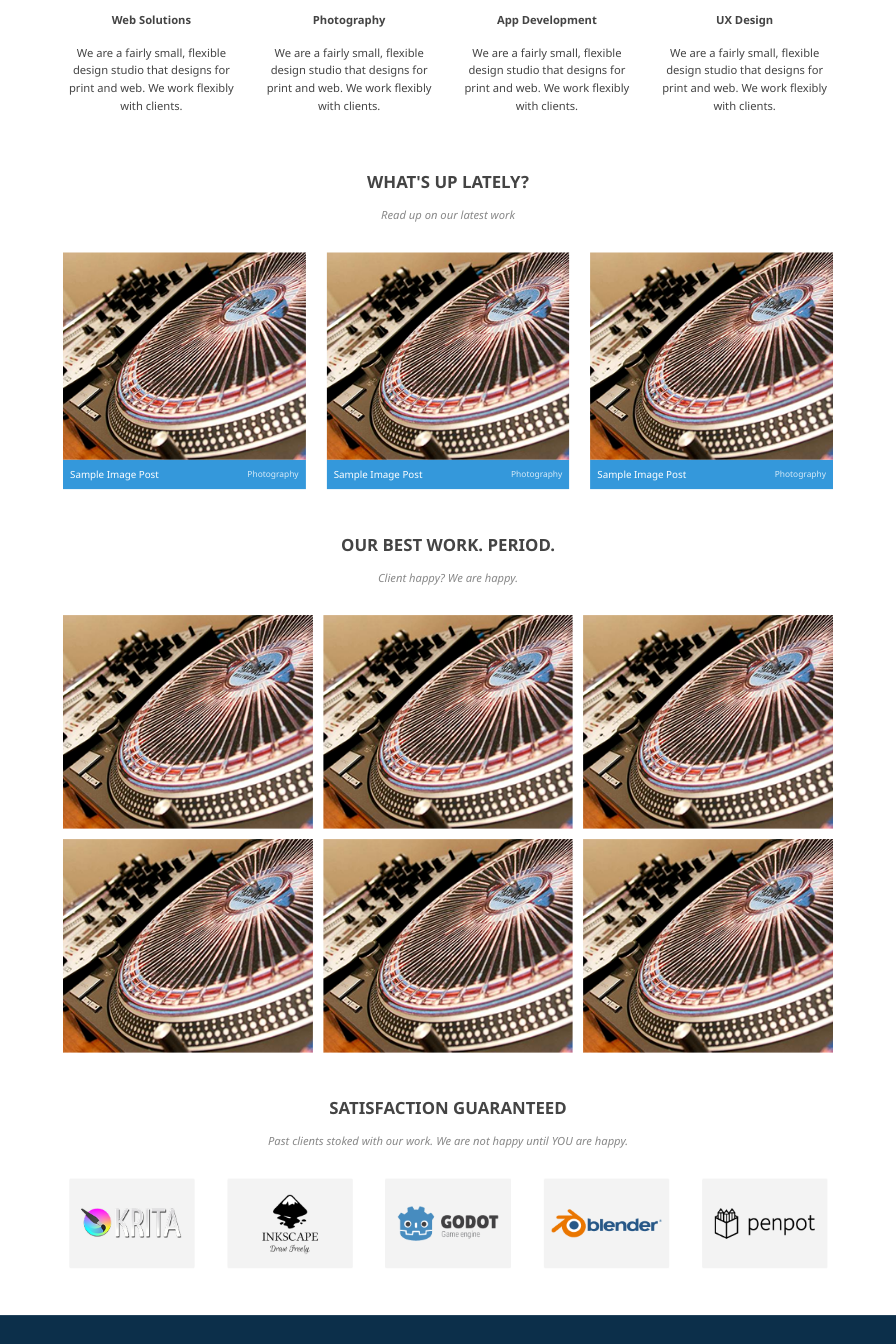
Repository: DavidYoo5/Project-1-Lab-2B-Assignment
Page: Project-1-Lab-2B-Assignment/index.html
An editor plug-in stored every save of this project. The page is shown before and after the next save, followed by the edit.
The browser window is 1280 px wide. The pictures show the part of the page from y = 1214 to 3134 px (the page is 3872 px tall before and 3876 px after), at 70% of full size.

Above is the page before, as saved 2026-01-28 16:38:26.

### Project-1-Lab-2B-Assignment/index.html
<!doctype html>
<html lang="en">
  <head>
    <meta charset="utf-8" />
    <meta name="viewport" content="width=device-width, initial-scale=1" />
    <title>Metrolics</title>
    <!-- <link rel="stylesheet" href="css/style.css"> -->
    <meta name="description" content="website for lab 2" />
    <link rel="stylesheet" href="style.css" />

    <!-- <meta property="og:title" content="">
  <meta property="og:type" content="">
  <meta property="og:url" content="">
  <meta property="og:image" content="">
  <meta property="og:image:alt" content="">

  <link rel="icon" href="/favicon.ico" sizes="any">
  <link rel="icon" href="/icon.svg" type="image/svg+xml">
  <link rel="apple-touch-icon" href="icon.png">
   <script src="js/app.js"></script>


  <link rel="manifest" href="site.webmanifest"> -->
    <meta name="theme-color" content="#fafafa" />
  </head>

  <body>
    <header class="site-header">
      <div class="header-container">
        <div class="logoAndHeading">
          <h1>Metrolics</h1>
          <div class="logo-vectors">
            <svg
              id="Layer_2"
              data-name="Layer 2"
              xmlns="http://www.w3.org/2000/svg"
              viewBox="0 0 111.31 111.31"
            >
              <defs>
                <style>
                  .cls-1 {
                    fill: #1691bd;
                  }

                  .cls-1,
                  .cls-2,
                  .cls-3,
                  .cls-4 {
                    fill-rule: evenodd;
                  }

                  .cls-2 {
                    fill: #25c389;
                  }

                  .cls-3 {
                    fill: #de6262;
                  }

                  .cls-4 {
                    fill: #ffb901;
                  }
                </style>
              </defs>
              <g id="Layer_1-2" data-name="Layer 1">
                <path class="cls-4" d="M74.21,0h37.1v37.1h-37.1V0Z" />
                <path class="cls-2" d="M0,0h37.1v37.1H0V0Z" />
                <path class="cls-1" d="M37.1,37.1h37.1v37.1h-37.1v-37.1Z" />
                <path class="cls-4" d="M0,74.21h37.1v37.1H0v-37.1Z" />
                <path class="cls-3" d="M74.21,74.21h37.1v37.1h-37.1v-37.1Z" />
              </g>
            </svg>
          </div>
        </div>
        <div class="main-nav-container">
          <nav class="main-nav">
            <a href="#" class="nav-home">Home ></a>
            <a href="#" class="nav-portfolio">Portfolio ></a>
            <a href="#" class="nav-blog">Blog ></a>
            <a href="#" class="nav-quo">Quo Vadis? ></a>
            <a href="#" class="nav-chat">Let's Chat ></a>
          </nav>
        </div>
      </div>
    </header>

    <section class="hero">
      <div class="hero-content">
        <h1 class="hero-title">Metro Style</h1>
        <h2 class="hero-subtitle">Quick on the feet</h2>
        <h3 class="hero-tagline">Metro Styling reinvented</h3>
      </div>
      <img
        src="img/00c1b9f08d738d1023baf2062988c56225701209.png"
        alt="Hero Image"
        class="hero-img"
      />
    </section>

    <section class="intro">
      <h2>Hi folks! We are the <span>Metrolics</span> design studio.</h2>
      <p>With our help, the sky's the limit to express your creativity!</p>
    </section>

    <section class="services">
      <div class="section-heading pink-border">
        <h3>Things That We Do</h3>
        <p>Full service design solutions</p>
      </div>
      <div class="services-grid">
        <div class="service-item">
          <div class="icon-box yellow">
            <svg
              width="35"
              height="50"
              viewBox="0 0 35 50"
              fill="none"
              xmlns="http://www.w3.org/2000/svg"
            >
              <path
                d="M10 47.5C10 48.875 11.125 50 12.5 50H22.5C23.875 50 25 48.875 25 47.5V45H10V47.5ZM17.5 0C7.85 0 0 7.85 0 17.5C0 23.45 2.975 28.675 7.5 31.85V37.5C7.5 38.875 8.625 40 10 40H25C26.375 40 27.5 38.875 27.5 37.5V31.85C32.025 28.675 35 23.45 35 17.5C35 7.85 27.15 0 17.5 0ZM24.625 27.75L22.5 29.25V35H12.5V29.25L10.375 27.75C7 25.4 5 21.575 5 17.5C5 10.6 10.6 5 17.5 5C24.4 5 30 10.6 30 17.5C30 21.575 28 25.4 24.625 27.75Z"
                fill="#FFB901"
              />
            </svg>
          </div>
          <h4>Web Solutions</h4>
          <p>
            We are a fairly small, flexible design studio that designs for print
            and web. We work flexibly with clients.
          </p>
        </div>
        <div class="service-item">
          <div class="icon-box green">
            <svg
              width="45"
              height="41"
              viewBox="0 0 45 41"
              fill="none"
              xmlns="http://www.w3.org/2000/svg"
            >
              <path
                d="M40.5 4.5H33.3675L29.25 0H15.75L11.6325 4.5H4.5C2.025 4.5 0 6.525 0 9V36C0 38.475 2.025 40.5 4.5 40.5H40.5C42.975 40.5 45 38.475 45 36V9C45 6.525 42.975 4.5 40.5 4.5ZM40.5 36H4.5V9H13.6125L17.73 4.5H27.27L31.3875 9H40.5V36ZM22.5 11.25C16.29 11.25 11.25 16.29 11.25 22.5C11.25 28.71 16.29 33.75 22.5 33.75C28.71 33.75 33.75 28.71 33.75 22.5C33.75 16.29 28.71 11.25 22.5 11.25ZM22.5 29.25C18.7875 29.25 15.75 26.2125 15.75 22.5C15.75 18.7875 18.7875 15.75 22.5 15.75C26.2125 15.75 29.25 18.7875 29.25 22.5C29.25 26.2125 26.2125 29.25 22.5 29.25Z"
                fill="#25C389"
              />
            </svg>
          </div>
          <h4>Photography</h4>
          <p>
            We are a fairly small, flexible design studio that designs for print
            and web. We work flexibly with clients.
          </p>
        </div>

        <div class="service-item">
          <div class="icon-box red">
            <svg
              width="36"
              height="48"
              viewBox="0 0 36 48"
              fill="none"
              xmlns="http://www.w3.org/2000/svg"
            >
              <path
                d="M31.9275 25.74L24.6375 22.095C27.54 19.845 29.4075 16.335 29.4075 12.375C29.4075 5.5575 23.85 0 17.0325 0C10.215 0 4.6575 5.5575 4.6575 12.375C4.6575 17.1675 7.4025 21.33 11.4075 23.3775V30.7125C6.57 29.6775 6.8625 29.7225 6.3225 29.7225C5.13 29.7225 4.005 30.195 3.15 31.05L0 34.245L11.4525 45.6975C12.42 46.6875 13.77 47.25 15.165 47.25H29.34C31.545 47.25 33.4125 45.675 33.7725 43.4925L35.5725 32.895C36.0675 29.97 34.605 27.09 31.9275 25.74ZM31.14 32.1525L29.34 42.75H15.165C14.9625 42.75 14.7825 42.66 14.625 42.525L6.345 34.245L15.9075 36.2475V12.375C15.9075 11.745 16.4025 11.25 17.0325 11.25C17.6625 11.25 18.1575 11.745 18.1575 12.375V25.875H22.1175L29.9025 29.7675C30.8025 30.2175 31.2975 31.185 31.14 32.1525ZM9.1575 12.375C9.1575 8.0325 12.69 4.5 17.0325 4.5C21.375 4.5 24.9075 8.0325 24.9075 12.375C24.9075 14.5125 24.0525 16.4475 22.6575 17.865V12.375C22.6575 9.27 20.1375 6.75 17.0325 6.75C13.9275 6.75 11.4075 9.27 11.4075 12.375V17.865C10.0125 16.4475 9.1575 14.5125 9.1575 12.375Z"
                fill="#DE6262"
              />
            </svg>
          </div>
          <h4>App Development</h4>
          <p>
            We are a fairly small, flexible design studio that designs for print
            and web. We work flexibly with clients.
          </p>
        </div>
        <div class="service-item">
          <div class="icon-box blue">
            <svg
              width="43"
              height="44"
              viewBox="0 0 43 44"
              fill="none"
              xmlns="http://www.w3.org/2000/svg"
            >
              <path
                d="M38.3042 17.8592L40.8658 15.2975C42.7508 13.4125 42.7508 10.3433 40.8658 8.45833L37.4583 5.05083C35.5733 3.16583 32.5042 3.16583 30.6192 5.05083L28.0575 7.6125L38.3042 17.8592ZM28.0575 21.2908L10.6575 38.6667H7.25V35.2592L24.6258 17.8833L28.0575 21.2908ZM24.6258 11.02L2.41667 33.2533V43.5H12.6633L34.8725 21.2908L24.6258 11.02ZM38.6667 35.0417C38.6667 40.3342 32.5283 43.5 26.5833 43.5C25.2542 43.5 24.1667 42.4125 24.1667 41.0833C24.1667 39.7542 25.2542 38.6667 26.5833 38.6667C30.305 38.6667 33.8333 36.9025 33.8333 35.0417C33.8333 33.9058 32.6733 32.9392 30.8608 32.1417L34.4375 28.565C37.0233 30.0875 38.6667 32.1175 38.6667 35.0417ZM3.81833 25.0125C1.47417 23.6592 0 21.895 0 19.3333C0 14.9833 4.5675 12.9775 8.60333 11.2133C11.0925 10.1017 14.5 8.60333 14.5 7.25C14.5 6.25917 12.615 4.83333 9.66667 4.83333C6.62167 4.83333 5.31667 6.3075 5.24417 6.38C4.39833 7.37083 2.87583 7.49167 1.86083 6.67C0.87 5.84833 0.676666 4.37417 1.49833 3.335C1.76417 2.99667 4.25333 0 9.66667 0C15.08 0 19.3333 3.19 19.3333 7.25C19.3333 11.7692 14.6692 13.8233 10.5367 15.6358C8.265 16.6267 4.83333 18.125 4.83333 19.3333C4.83333 20.0825 5.8725 20.7833 7.41917 21.4117L3.81833 25.0125Z"
                fill="#1596BD"
              />
            </svg>
          </div>
          <h4>UX Design</h4>
          <p>
            We are a fairly small, flexible design studio that designs for print
            and web. We work flexibly with clients.
          </p>
        </div>
      </div>
    </section>

    <section class="blog">
      <div class="section-heading">
        <h3>What's Up Lately?</h3>
        <p>Read up on our latest work</p>
      </div>
      <div class="blog-grid">
        <div class="blog-card">
          <img
            src="img/9d8936101658556ea729473327b08b9089fea2ca.png"
            alt="Blog"
          />
          <div class="blog-info">
            Sample Image Post <span>Photography</span>
          </div>
        </div>
        <div class="blog-card">
          <img
            src="img/9d8936101658556ea729473327b08b9089fea2ca.png"
            alt="Blog"
          />
          <div class="blog-info">
            Sample Image Post <span>Photography</span>
          </div>
        </div>
        <div class="blog-card">
          <img
            src="img/9d8936101658556ea729473327b08b9089fea2ca.png"
            alt="Blog"
          />
          <div class="blog-info">
            Sample Image Post <span>Photography</span>
          </div>
        </div>
      </div>
    </section>

    <section class="portfolio">
      <div class="section-heading">
        <h3>Our Best Work. Period.</h3>
        <p>Client happy? We are happy.</p>
      </div>
      <div class="portfolio-grid">
        <img
          src="img/9d8936101658556ea729473327b08b9089fea2ca.png"
          alt="Work"
        />
        <img
          src="img/9d8936101658556ea729473327b08b9089fea2ca.png"
          alt="Work"
        />
        <img
          src="img/9d8936101658556ea729473327b08b9089fea2ca.png"
          alt="Work"
        />
        <img
          src="img/9d8936101658556ea729473327b08b9089fea2ca.png"
          alt="Work"
        />
        <img
          src="img/9d8936101658556ea729473327b08b9089fea2ca.png"
          alt="Work"
        />
        <img
          src="img/9d8936101658556ea729473327b08b9089fea2ca.png"
          alt="Work"
        />
      </div>
    </section>

    <section class="clients">
      <div class="section-heading">
        <h3>Satisfaction Guaranteed</h3>
        <p>
          Past clients stoked with our work. We are not happy until YOU are
          happy.
        </p>
      </div>
      <div class="client-grid">
        <div class="client-box"><img src="Client-Krita.png" alt="Krita" /></div>
        <div class="client-box">
          <img src="img/Client-Inkscape.png" alt="Inkscape" />
        </div>
        <div class="client-box"><img src="Client-Godot.png" alt="Godot" /></div>
        <div class="client-box">
          <img src="img/Client-Blender.png" alt="Blender" />
        </div>
        <div class="client-box">
          <img src="img/Client-Penpot.png" alt="Penpot" />
        </div>
      </div>
    </section>

    <footer class="site-footer">
      <div class="content-in-footer">
        <div class="footer-top">
          <img
            src="img/87e668f15f35aacbb73c4f1a013d22e3d90bf0ea.png"
            alt="Alf"
            class="footer-avatar"
          />
          <p class="bio-alf">
            Alf has over 10 years experience in the industry. He is our Creative
            Director, digital designer, web designer and front-end developer. He
            is also pretty good with a sketchbook. Before starting the company
            Peewee worked as a designer and studio manager for a design house
            who boasted a number of big name clients.
          </p>
        </div>

        <div class="footer-main">
          <div class="footer-col">
            <h4 class="footer-h yellow-underline">About Us</h4>
            <p class="about-us-p">
              Minions ipsum potatoooo potatoooo uuuhhh. Chasy poulet tikka
              masala jiji wiiiiih hahaha po kass tulaliloo potatoooo. Bee do bee
              do bee do chasy ti aamoo! Po kass daa b ee do bee do bee do po
              kass wiiiiii butt chasy.
            </p>
            <p class="about-us-p">
              Pepete uuuhhh hahaha gelatooo belloo! Bananaaaa aaaaaah butt
              potatoooo hana dul sae butt. Hahaha wiiiii ti aamoo! Ti aamoo!
              Baboiii jeje. Hahaha gelatooo daa me want bananaaa! Underweaaar
              potatoooo tank yuuu! Aaaaaah potatoooo poopayee.
            </p>
          </div>
          <div class="footer-col">
            <h4 class="footer-h blue-underline">Instagram</h4>
            <div class="insta-grid">
              <img
                src="img/a1e67b2d3c8bb07d5fb83b2f349484c7c0fd2724.png"
                alt="insta"
              />
              <img
                src="img/a1e67b2d3c8bb07d5fb83b2f349484c7c0fd2724.png"
                alt="insta"
              />
              <img
                src="img/a1e67b2d3c8bb07d5fb83b2f349484c7c0fd2724.png"
                alt="insta"
              />
              <img
                src="img/a1e67b2d3c8bb07d5fb83b2f349484c7c0fd2724.png"
                alt="insta"
              />
              <img
                src="img/a1e67b2d3c8bb07d5fb83b2f349484c7c0fd2724.png"
                alt="insta"
              />
              <img
                src="img/a1e67b2d3c8bb07d5fb83b2f349484c7c0fd2724.png"
                alt="insta"
              />
              <img
                src="img/a1e67b2d3c8bb07d5fb83b2f349484c7c0fd2724.png"
                alt="insta"
              />
              <img
                src="img/a1e67b2d3c8bb07d5fb83b2f349484c7c0fd2724.png"
                alt="insta"
              />
            </div>
          </div>
          <div class="footer-mastodon">
            <h4 class="footer-h yellow-underline">What's New on Mastodon</h4>
            <p class="mastodon-p">
              <span>@Minions</span> - ipsum banana potatoooo uuuhhh. Chasy
              poulet tikka masala jiji wiiiii hahaha tulaliloo potatoooo. Bee do
              bee do bee do chasy ti aamoo! Po kass daa b ee do bee do bee do po
              kass wiiiii butt chasy. Pepete uuuhhh hahaha gelatooo belloo!
              ananaaaa aaaaaah butt potatoooo hana dul sae butt. Hahaha wiiiii
              ti aamoo! Ti aamoo! Baboiii jeje. Hahaha gelatooo daa me want
              bananaaa! Underweaaar potatoooo tank yuuu! Aaaaaah potatoooo
              poopayee.
            </p>
            <p class="mastodon-p">
              <span>@Minions</span> - ipsum banana potatoooo uuuhhh. Chasy
              poulet tikka masala jiji wiiiii hahaha tulaliloo potatoooo. Bee do
              bee do bee do chasy ti aamoo! Po kass daa b ee do bee do bee do po
              kass wiiiii butt chasy. Pepete uuuhhh hahaha gelatooo belloo!
              ananaaaa aaaaaah butt potatoooo hana dul sae butt. Hahaha wiiiii
              ti aamoo! Ti aamoo! Baboiii jeje. Hahaha gelatooo daa me want
              bananaaa! Underweaaar potatoooo tank yuuu! Aaaaaah potatoooo
              poopayee.
            </p>
            <p class="mastodon-p">
              <span>@Minions</span> - ipsum banana potatoooo uuuhhh. Chasy
              poulet tikka masala jiji wiiiii hahaha tulaliloo potatoooo. Bee do
              bee do bee do chasy ti aamoo! Po kass daa b ee do bee do bee do po
              kass wiiiii butt chasy. Pepete uuuhhh hahaha gelatooo belloo!
              ananaaaa aaaaaah butt potatoooo hana dul sae butt. Hahaha wiiiii
              ti aamoo! Ti aamoo! Baboiii jeje. Hahaha gelatooo daa me want
              bananaaa! Underweaaar potatoooo tank yuuu! Aaaaaah potatoooo
              poopayee.
            </p>
          </div>

          <div class="footer-track-us">
            <h4 class="footer-h blue-underline">Track us!</h4>
            <div class="social-squares">
              <div class="sq blue"></div>
              <div class="sq orange"></div>
              <div class="sq cyan"></div>
              <div class="sq pink"></div>
              <div class="sq gold"></div>
            </div>

            <div class="newsletter">
              <input type="text" placeholder="Enter your Email..." />
              <button>➤</button>
            </div>
          </div>
        </div>
        <div class="footer-bottom-bar">
          <div class="bar-green"></div>
          <div class="bar-yellow"></div>
          <div class="bar-red"></div>
          <div class="bar-blue"></div>
          <div class="bar-dark"></div>
        </div>
      </div>
    </footer>
  </body>
</html>

Loaded but not shown: Project-1-Lab-2B-Assignment/style.css (468 lines, source omitted)

After the next save:
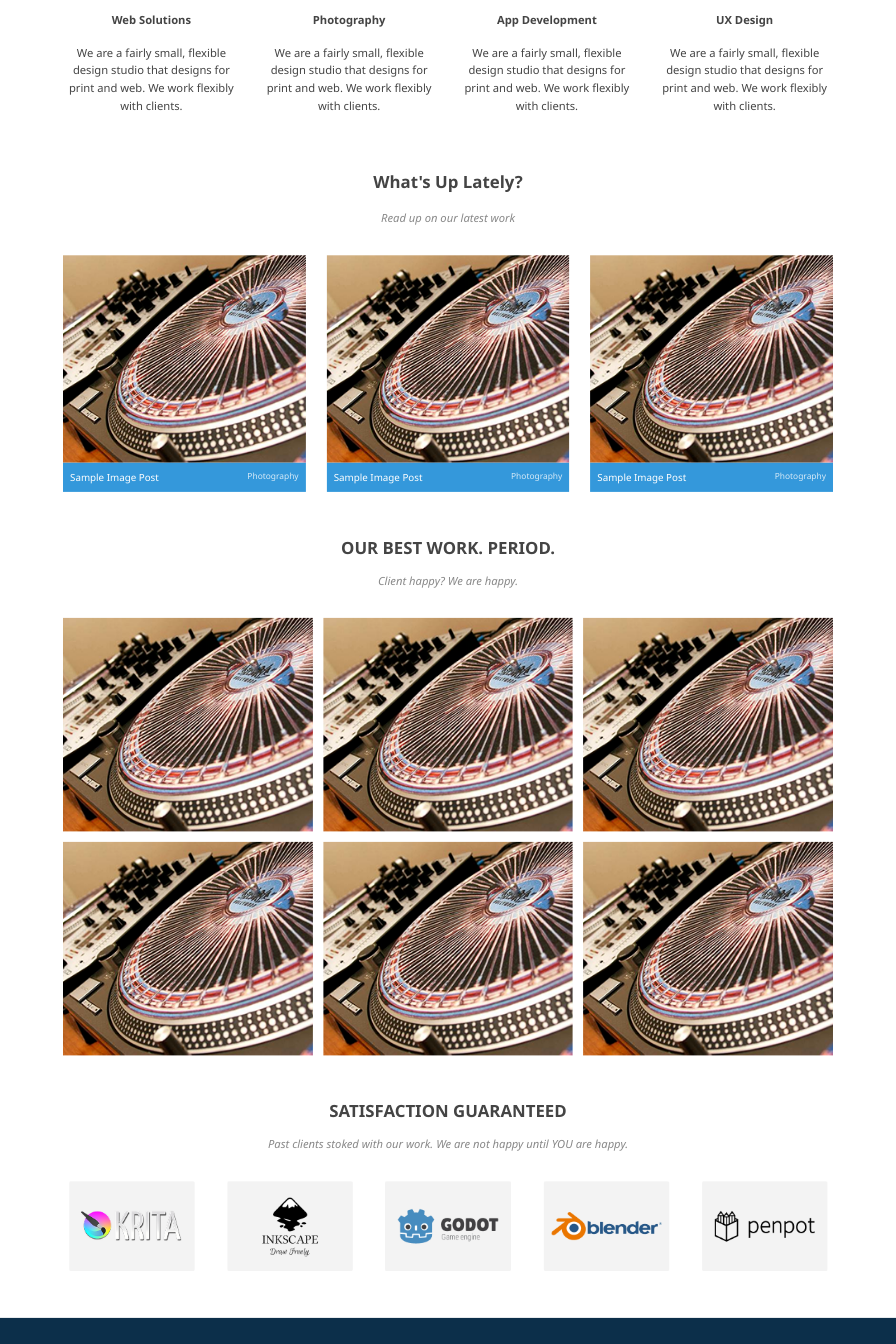
Saved 89 s later.
--- a/Project-1-Lab-2B-Assignment/index.html
+++ b/Project-1-Lab-2B-Assignment/index.html
@@ -198,7 +198,7 @@
 
     <section class="blog">
       <div class="section-heading">
-        <h3>What's Up Lately?</h3>
+        <h2>What's Up Lately?</h2>
         <p>Read up on our latest work</p>
       </div>
       <div class="blog-grid">
